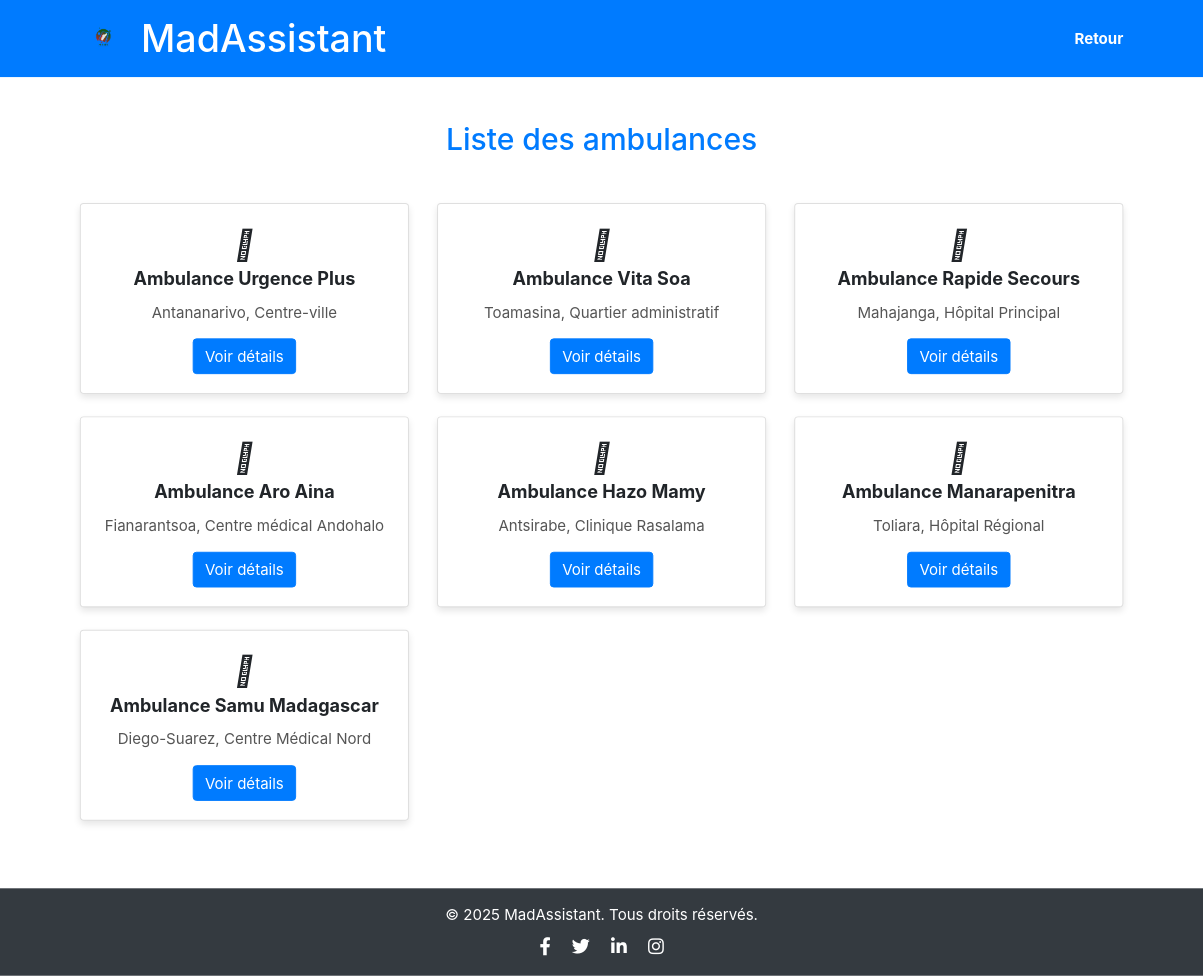
Repository: Anonyme-spy/Html-IGGL1B
Page: ambulance.html
These files come from the project's save history. The page is drawn as it stood at one moment and after the next save; the edit follows.
The browser window is 1280 px wide. The pictures show the whole page, at 94% of full size.

Above is the page before, as saved 2025-04-28 15:05:49.

After the next save:
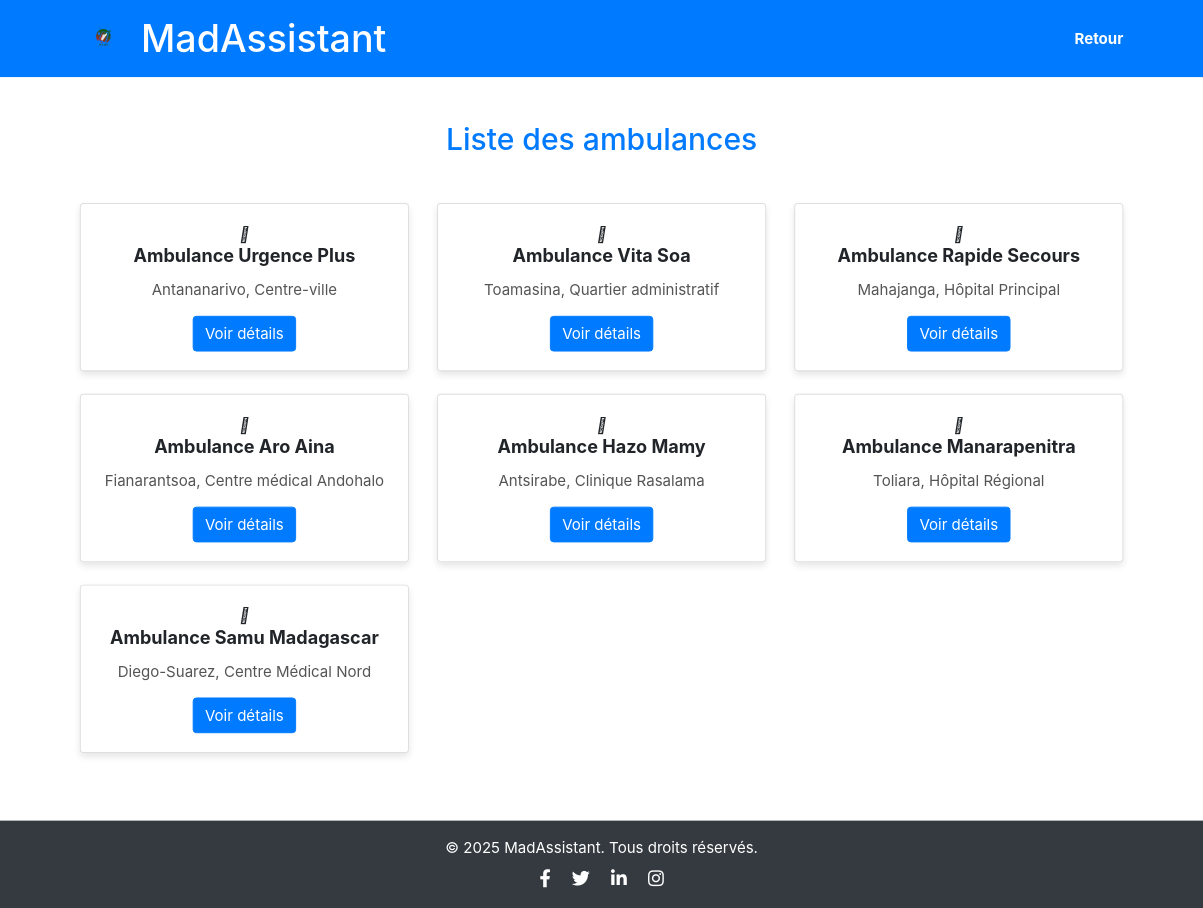
Saved 45 s later.
--- a/ambulance.html
+++ b/ambulance.html
@@ -123,7 +123,7 @@
                     <div class="col-md-4 mb-4">
                         <div class="card text-center">
                             <div class="card-body">
-                                <i class="fa-brands fa-facebook fa-2x mb-3"></i>
+                                <i class="fa-brands fa-facebook"></i>
                                 <h3 class="card-title">${ambulance.nom}</h3>
                                 <p class="card-text">${ambulance.localisation}</p>
                                 <button class="btn btn-primary" onclick="afficherDetails(${index})">Voir détails</button>

After the 2 saves that followed:
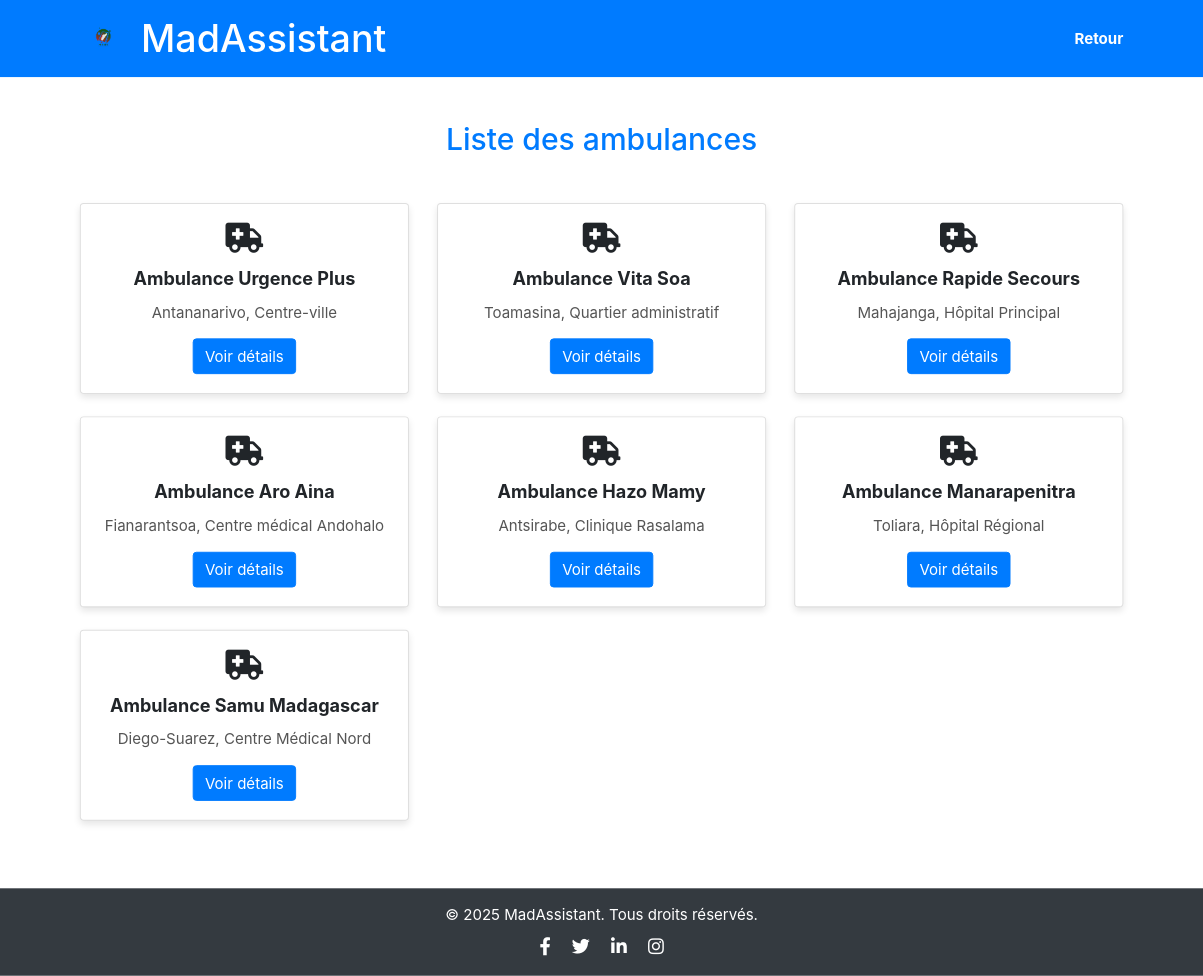
The 2 saves are shown as one change because 1 left the picture as it was.
The last was saved 104 s later.
--- a/ambulance.html
+++ b/ambulance.html
@@ -123,7 +123,7 @@
                     <div class="col-md-4 mb-4">
                         <div class="card text-center">
                             <div class="card-body">
-                                <i class="fa-brands fa-facebook"></i>
+                                <i class="fas fa-ambulance fa-2x mb-3"></i>
                                 <h3 class="card-title">${ambulance.nom}</h3>
                                 <p class="card-text">${ambulance.localisation}</p>
                                 <button class="btn btn-primary" onclick="afficherDetails(${index})">Voir détails</button>
